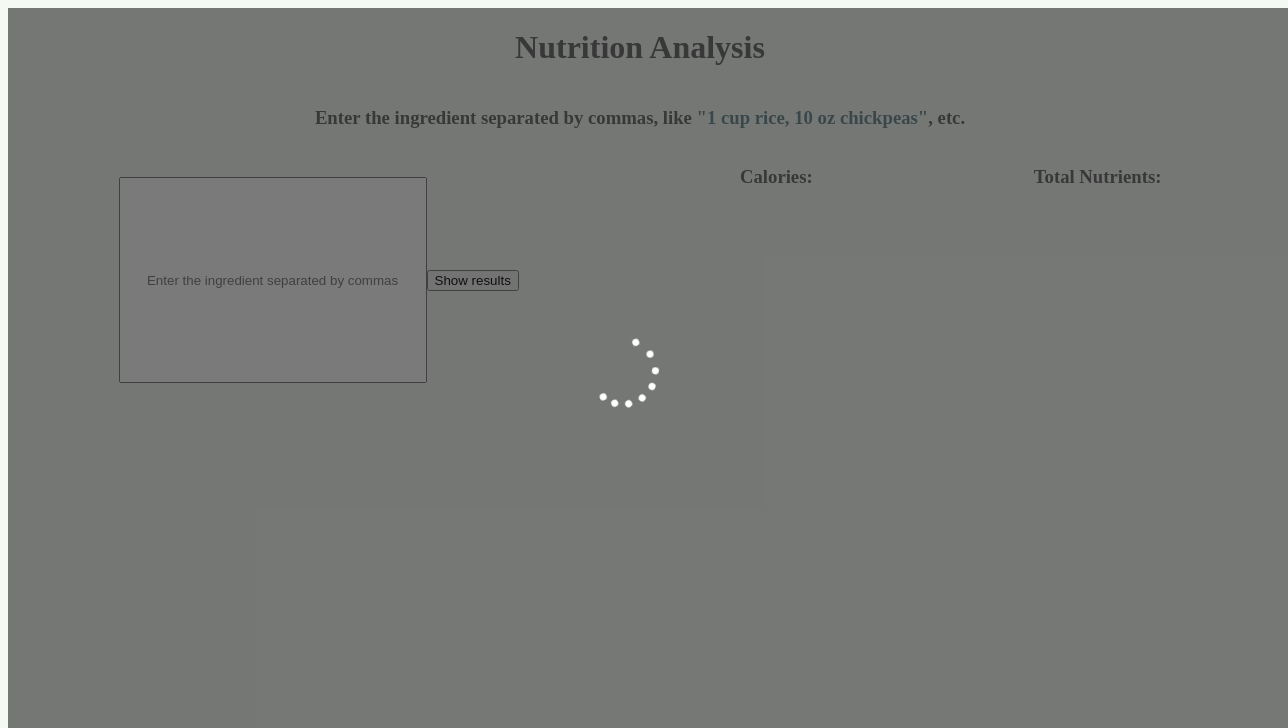
Repository: asya-aisa/nutrition-app
Page: /
The author's editor kept a copy of each file at every save. The page is drawn from the files as they stood at one save, then again after the next save.
The browser window is 1280 px wide. The page is 1288 px wide, so the pictures cover 1288 px, including what lies to the right of the window. The pictures show the whole page.
The page's requests for data from a server got no answer. The project was rebuilt for these pictures with package versions that can differ from the ones it lists, and the page was loaded fresh each time. No one was signed in, and anything a server would have sent is missing. Also part of the build but not shown: src/MyComponent.js.

Above is the page before, as saved 2023-09-25 20:56:13.

After the next save:
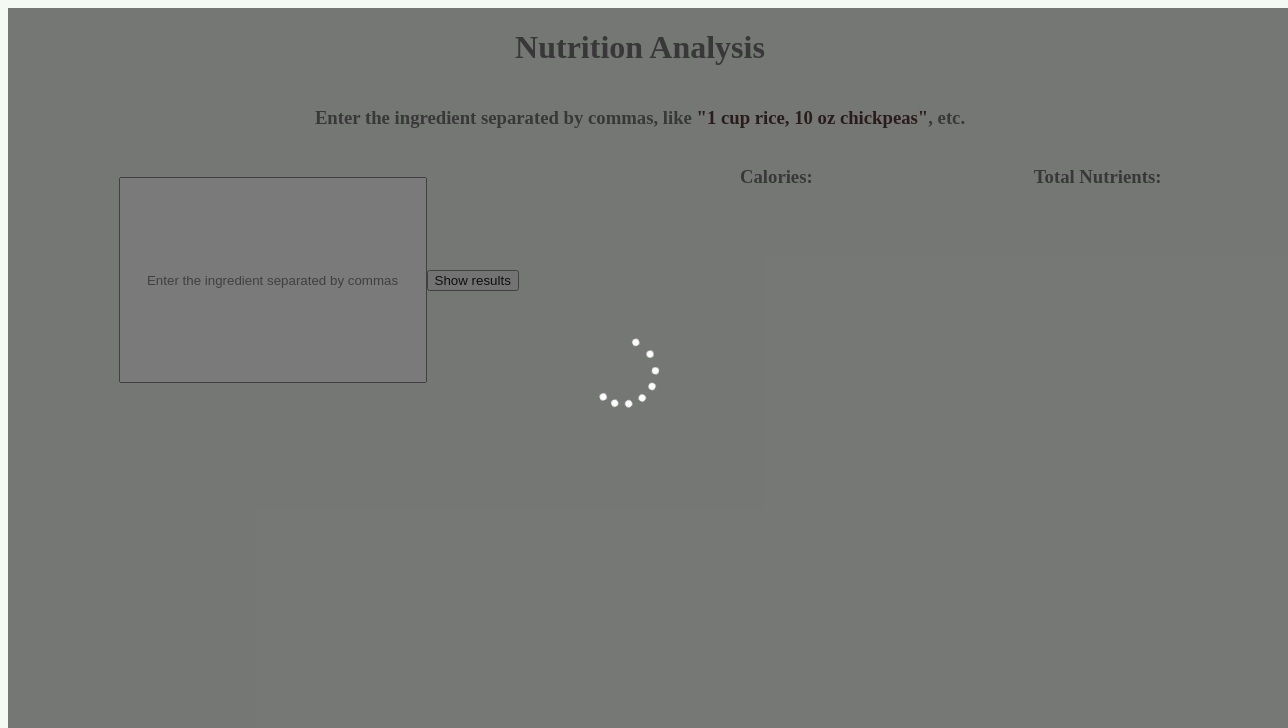
Saved 11 s later.
--- a/src/App.css
+++ b/src/App.css
@@ -24,5 +24,5 @@ input::placeholder {
   text-align: center;
 }
 span {
-  color: #64868E;
+  color: #411F1F;
 }
